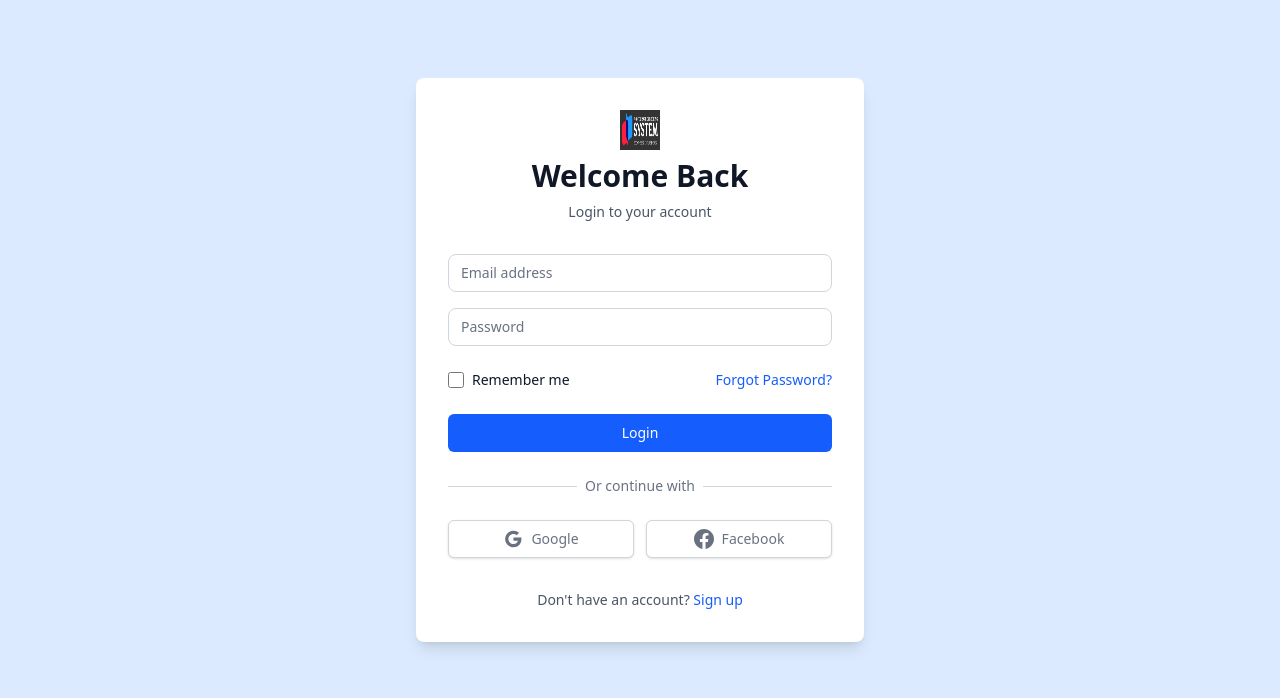
Repository: iamsirajacharya/FYP_Photographer_Booking_system
Page: /login (app in FrontEnd/)
The author's editor kept a copy of each file at every save. The page is drawn from the files as they stood at one save, then again after the next save.
The browser window is 1280 px wide. The pictures show the whole page.
The project was rebuilt for these pictures with package versions that can differ from the ones it lists, and the page was loaded fresh each time. Also part of the build but not shown: FrontEnd/src/components/Authentication/Register.jsx, FrontEnd/src/components/Dashboard/Banner.jsx, FrontEnd/src/components/Dashboard/Navbar.jsx, FrontEnd/src/components/Dashboard/Home.jsx.

Above is the page before, as saved 2025-02-22 23:21:09.

### FrontEnd/index.html
<!DOCTYPE html>
<html lang="en">
  <head>
    <meta charset="UTF-8" />
    <link rel="icon" type="image/svg+xml" href="/vite.svg" />
    <meta name="viewport" content="width=device-width, initial-scale=1.0" />
    <title>Vite + React</title>
    <link href="/src/index.css" rel="stylesheet" />
  </head>
  <body>
    <div id="root"></div>
    <script type="module" src="/src/main.jsx"></script>
  </body>
</html>

### FrontEnd/src/main.jsx
import React from "react";
import { StrictMode } from "react";
import { createRoot } from "react-dom/client";
import "./index.css";
import App from "./App.jsx";
import { BrowserRouter } from "react-router";

createRoot(document.getElementById("root")).render(
  <BrowserRouter>
    <App />
  </BrowserRouter>
);

### FrontEnd/src/App.jsx
import React from "react";
import { Routes, Route } from "react-router";
import Register from "../src/components/Authentication/Register";
import Home from "../src/components/Dashboard/Home";
import Login from "../src/components/Authentication/Login";

function App() {
  return (
    <Routes>
      <Route path="/" element={<Home />} />
      <Route path="/register" element={<Register />} />
      <Route path="/login" element={<Login />} />
    </Routes>
  );
}

export default App;

### FrontEnd/src/components/Authentication/Login.jsx
import React, { useState } from "react";
import { Link, useNavigate } from "react-router-dom";
import logo from "../../assets/images/logo.jpg";

const Login = () => {
  const navigate = useNavigate();
  const [formData, setFormData] = useState({
    email: "",
    password: "",
    rememberMe: false,
  });
  const [errors, setErrors] = useState({});
  const [isLoading, setIsLoading] = useState(false);

  const validateForm = () => {
    const newErrors = {};

    // Email validation
    if (!formData.email) {
      newErrors.email = "Email is required";
    } else if (!/\S+@\S+\.\S+/.test(formData.email)) {
      newErrors.email = "Please enter a valid email";
    }

    // Password validation
    if (!formData.password) {
      newErrors.password = "Password is required";
    } else if (formData.password.length < 6) {
      newErrors.password = "Password must be at least 6 characters";
    }

    setErrors(newErrors);
    return Object.keys(newErrors).length === 0;
  };

  const handleChange = (e) => {
    const { name, value, type, checked } = e.target;
    setFormData((prev) => ({
      ...prev,
      [name]: type === "checkbox" ? checked : value,
    }));
    // Clear error when user starts typing
    if (errors[name]) {
      setErrors((prev) => ({
        ...prev,
        [name]: "",
      }));
    }
  };

  const handleSubmit = async (e) => {
    e.preventDefault();

    if (!validateForm()) {
      return;
    }

    setIsLoading(true);
    try {
      // Simulate API call
      await new Promise((resolve) => setTimeout(resolve, 1000));

      // Handle successful login
      console.log("Login successful");
      navigate("/dashboard");
    } catch (error) {
      setErrors({
        submit: "Failed to login. Please try again.",
      });
    } finally {
      setIsLoading(false);
    }
  };

  const handleSocialLogin = (provider) => {
    console.log(`Logging in with ${provider}`);
    // Implement social login logic here
  };

  return (
    <div className="min-h-screen flex items-center justify-center bg-blue-100 py-12 px-4 sm:px-6 lg:px-8">
      <div className="max-w-md w-full space-y-8 bg-white p-8 rounded-lg shadow-lg">
        <div className="flex flex-col items-center text-center">
          <img className="h-10 w-10 mb-2" src={logo} alt="logo" />
          <h2 className="text-3xl font-bold text-gray-900">Welcome Back</h2>
          <p className="mt-2 text-sm text-gray-600">Login to your account</p>
        </div>

        <form className="mt-8 space-y-6" onSubmit={handleSubmit}>
          <div className="space-y-4">
            <div>
              <label htmlFor="email" className="sr-only">
                Email address
              </label>
              <div className="relative">
                <input
                  id="email"
                  name="email"
                  type="email"
                  value={formData.email}
                  onChange={handleChange}
                  className={`appearance-none rounded-lg relative block w-full px-3 py-2 border ${
                    errors.email ? "border-red-500" : "border-gray-300"
                  } placeholder-gray-500 text-gray-900 focus:outline-none focus:ring-blue-500 focus:border-blue-500 focus:z-10 sm:text-sm`}
                  placeholder="Email address"
                />
                {errors.email && (
                  <p className="mt-1 text-xs text-red-500">{errors.email}</p>
                )}
              </div>
            </div>

            <div>
              <label htmlFor="password" className="sr-only">
                Password
              </label>
              <div className="relative">
                <input
                  id="password"
                  name="password"
                  type="password"
                  value={formData.password}
                  onChange={handleChange}
                  className={`appearance-none rounded-lg relative block w-full px-3 py-2 border ${
                    errors.password ? "border-red-500" : "border-gray-300"
                  } placeholder-gray-500 text-gray-900 focus:outline-none focus:ring-blue-500 focus:border-blue-500 focus:z-10 sm:text-sm`}
                  placeholder="Password"
                />
                {errors.password && (
                  <p className="mt-1 text-xs text-red-500">{errors.password}</p>
                )}
              </div>
            </div>
          </div>

          <div className="flex items-center justify-between">
            <div className="flex items-center">
              <input
                id="remember-me"
                name="rememberMe"
                type="checkbox"
                checked={formData.rememberMe}
                onChange={handleChange}
                className="h-4 w-4 text-blue-600 focus:ring-blue-500 border-gray-300 rounded"
              />
              <label
                htmlFor="remember-me"
                className="ml-2 block text-sm text-gray-900"
              >
                Remember me
              </label>
            </div>

            <div className="text-sm">
              <Link
                to="/forgot-password"
                className="font-medium text-blue-600 hover:text-blue-500"
              >
                Forgot Password?
              </Link>
            </div>
          </div>

          {errors.submit && (
            <p className="text-sm text-center text-red-500">{errors.submit}</p>
          )}

          <button
            type="submit"
            disabled={isLoading}
            className="group relative w-full flex justify-center py-2 px-4 border border-transparent text-sm font-medium rounded-md text-white bg-blue-600 hover:bg-blue-700 focus:outline-none focus:ring-2 focus:ring-offset-2 focus:ring-blue-500 disabled:opacity-50"
          >
            {isLoading ? (
              <span className="flex items-center">
                <svg
                  className="animate-spin -ml-1 mr-3 h-5 w-5 text-white"
                  xmlns="http://www.w3.org/2000/svg"
                  fill="none"
                  viewBox="0 0 24 24"
                >
                  <circle
                    className="opacity-25"
                    cx="12"
                    cy="12"
                    r="10"
                    stroke="currentColor"
                    strokeWidth="4"
                  ></circle>
                  <path
                    className="opacity-75"
                    fill="currentColor"
                    d="M4 12a8 8 0 018-8V0C5.373 0 0 5.373 0 12h4zm2 5.291A7.962 7.962 0 014 12H0c0 3.042 1.135 5.824 3 7.938l3-2.647z"
                  ></path>
                </svg>
                Loading...
              </span>
            ) : (
              "Login"
            )}
          </button>

          <div className="mt-6">
            <div className="relative">
              <div className="absolute inset-0 flex items-center">
                <div className="w-full border-t border-gray-300"></div>
              </div>
              <div className="relative flex justify-center text-sm">
                <span className="px-2 bg-white text-gray-500">
                  Or continue with
                </span>
              </div>
            </div>

            <div className="mt-6 grid grid-cols-2 gap-3">
              <button
                type="button"
                onClick={() => handleSocialLogin("Google")}
                className="w-full inline-flex justify-center py-2 px-4 border border-gray-300 rounded-md shadow-sm bg-white text-sm font-medium text-gray-500 hover:bg-gray-50"
              >
                <svg className="w-5 h-5" viewBox="0 0 24 24">
                  <path
                    fill="currentColor"
                    d="M12.545,10.239v3.821h5.445c-0.712,2.315-2.647,3.972-5.445,3.972c-3.332,0-6.033-2.701-6.033-6.032s2.701-6.032,6.033-6.032c1.498,0,2.866,0.549,3.921,1.453l2.814-2.814C17.503,2.988,15.139,2,12.545,2C7.021,2,2.543,6.477,2.543,12s4.478,10,10.002,10c8.396,0,10.249-7.85,9.426-11.748L12.545,10.239z"
                  />
                </svg>
                <span className="ml-2">Google</span>
              </button>

              <button
                type="button"
                onClick={() => handleSocialLogin("Facebook")}
                className="w-full inline-flex justify-center py-2 px-4 border border-gray-300 rounded-md shadow-sm bg-white text-sm font-medium text-gray-500 hover:bg-gray-50"
              >
                <svg
                  className="w-5 h-5"
                  fill="currentColor"
                  viewBox="0 0 24 24"
                >
                  <path d="M24 12.073c0-6.627-5.373-12-12-12s-12 5.373-12 12c0 5.99 4.388 10.954 10.125 11.854v-8.385H7.078v-3.47h3.047V9.43c0-3.007 1.792-4.669 4.533-4.669 1.312 0 2.686.235 2.686.235v2.953H15.83c-1.491 0-1.956.925-1.956 1.874v2.25h3.328l-.532 3.47h-2.796v8.385C19.612 23.027 24 18.062 24 12.073z" />
                </svg>
                <span className="ml-2">Facebook</span>
              </button>
            </div>
          </div>
        </form>

        <p className="mt-8 text-center text-sm text-gray-600">
          Don't have an account?{" "}
          <Link
            to="/signup"
            className="font-medium text-blue-600 hover:text-blue-500"
          >
            Sign up
          </Link>
        </p>
      </div>
    </div>
  );
};

export default Login;

Loaded but not shown: FrontEnd/src/index.css (common file)

After the next save:
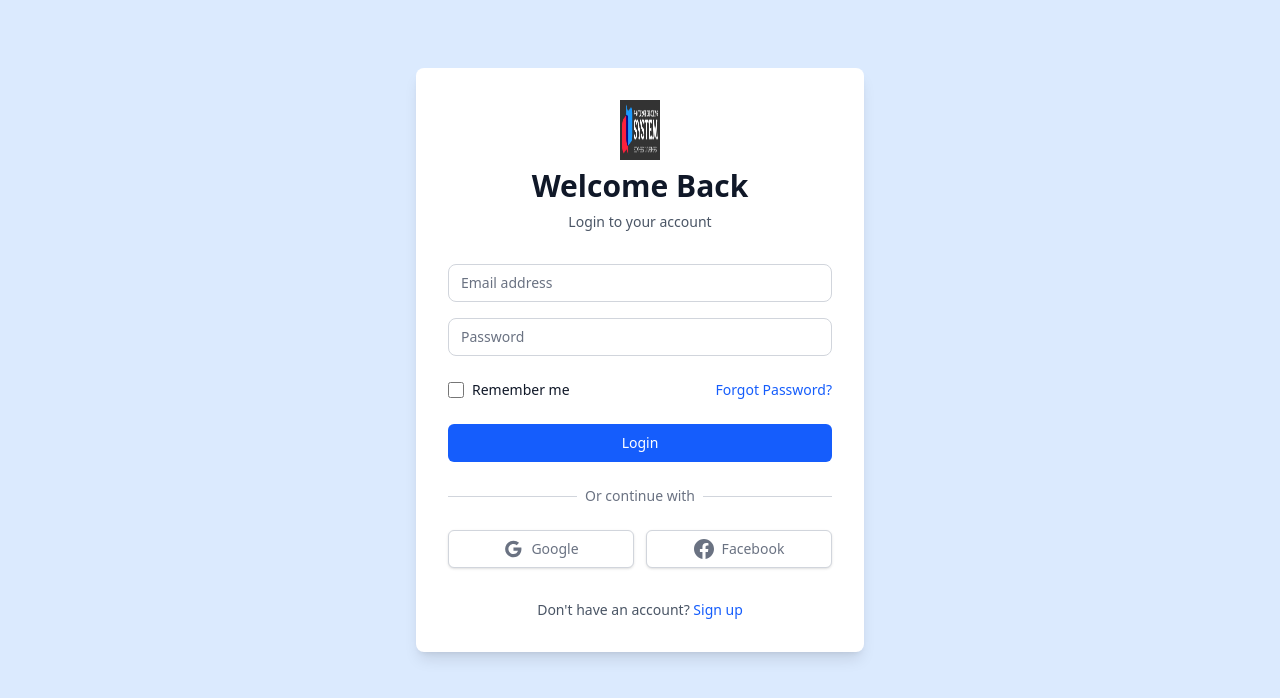
Saved 16 s later.
--- a/FrontEnd/src/components/Authentication/Login.jsx
+++ b/FrontEnd/src/components/Authentication/Login.jsx
@@ -81,7 +81,7 @@ const Login = () => {
     <div className="min-h-screen flex items-center justify-center bg-blue-100 py-12 px-4 sm:px-6 lg:px-8">
       <div className="max-w-md w-full space-y-8 bg-white p-8 rounded-lg shadow-lg">
         <div className="flex flex-col items-center text-center">
-          <img className="h-10 w-10 mb-2" src={logo} alt="logo" />
+          <img className="h-15 w-10 mb-2" src={logo} alt="logo" />
           <h2 className="text-3xl font-bold text-gray-900">Welcome Back</h2>
           <p className="mt-2 text-sm text-gray-600">Login to your account</p>
         </div>
